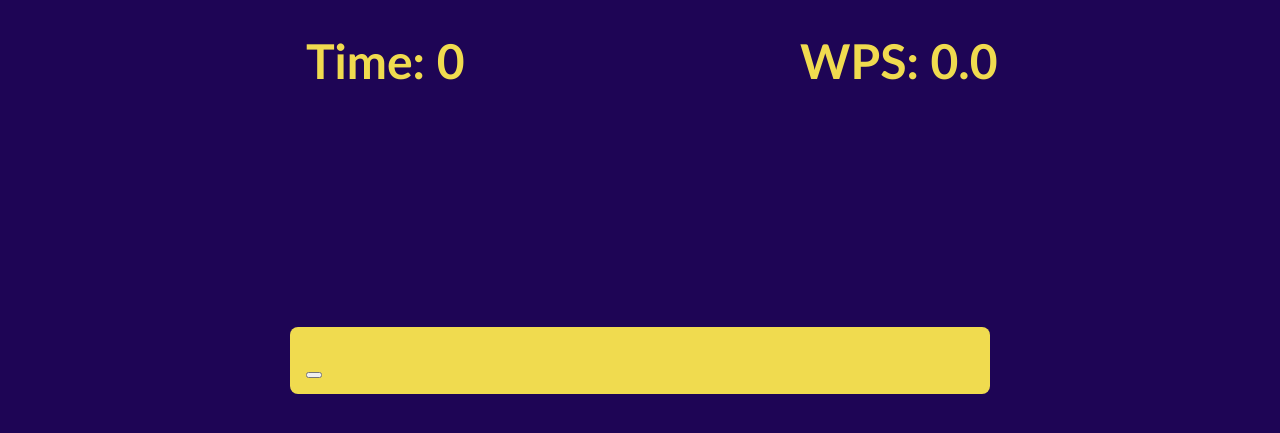
Repository: KhangNguyenIU/Vanilajs-TypingSpeed
Page: index.html
These files come from the project's save history. The page is drawn as it stood at one moment and after the next save; the edit follows.
The browser window is 1280 px wide. The pictures show the whole page.
The page's requests for data from a server got no answer.

Above is the page before, as saved 2021-10-15 11:34:43.

After the next save:
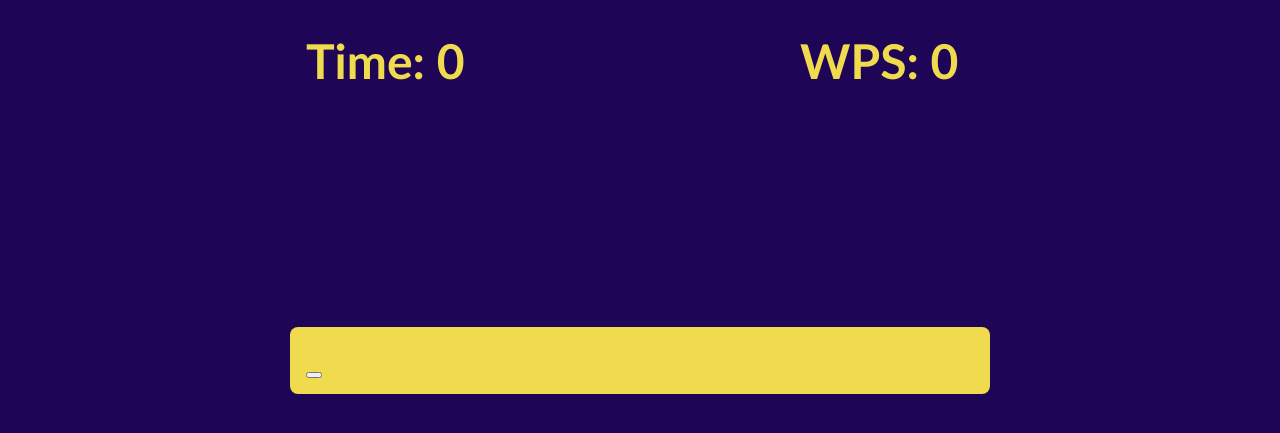
Saved 3 min 15 s later.
--- a/script.js
+++ b/script.js
@@ -18,10 +18,22 @@ var interval;
 
 const button = document.getElementById("button")
 button.addEventListener("click",function(){
-    console.log("click", modal)
+    openModal()
+})
+
+overlay.addEventListener("click",function(){
+    closeModal()
+})
+function openModal(){
     modal.classList.add("active")
     overlay.classList.add("active")
-})
+}
+
+function closeModal(){
+    modal.classList.remove("active")
+    overlay.classList.remove("active")
+    renderNewQuote()
+}
 function getRandomQuote() {
     return fetch(RANDOM_QUOTE_API_URL)
         .then(response => response.json())
@@ -63,7 +75,6 @@ function onTyping(event) {
         }
 
         else {
-            // arrayQuote[current].classList.remove("current-char")
             arrayQuote[current].classList.add("incorrect")
         }
     }
@@ -71,6 +82,8 @@ function onTyping(event) {
 }
 
 async function renderNewQuote() {
+    timerDisplay.innerText = 0;
+    wordSpeedDisplay.innerText = 0
     const quote = await getRandomQuote();
     quoteDisplayElement.innerHTML = ""
     quote.split("").forEach(element => {
